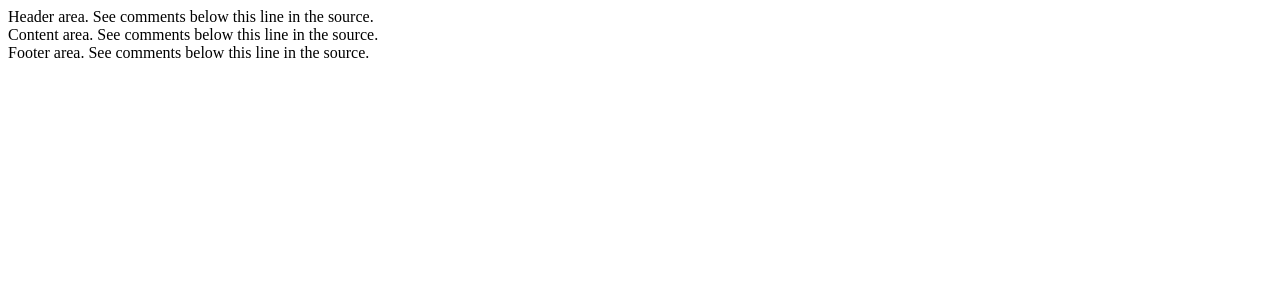
Repository: Hadamanthis/udemy-course-jsf2.2
Page: workspace/hello/WebContent/student_response.html
These files come from the project's save history. The page is drawn as it stood at one moment and after the next save; the edit follows.
The browser window is 1280 px wide. The pictures show the whole page.

Above is the page before, as saved 2018-09-12 12:40:00.

### workspace/hello/WebContent/student_response.html
<!DOCTYPE html>
<html xmlns="http://www.w3.org/1999/xhtml"
      xmlns:h="http://xmlns.jcp.org/jsf/html">
<head>
  <title><ui:insert name="title">Default title</ui:insert></title>
</head>

<body>
<ui:debug hotkey="x" rendered="#{initParam['javax.faces.FACELETS_DEVELOPMENT']}"/>

<div id="header">
    <ui:insert name="header">
    	Header area.  See comments below this line in the source.
    	<!--  include your header file or uncomment the include below and create header.xhtml in this directory -->
    	<!-- <ui:include src="header.xhtml"/> -->
    </ui:insert>
</div>


<div id="content">
  <ui:insert name="content">
    	Content area.  See comments below this line in the source.
    	<!--  include your content file or uncomment the include below and create content.xhtml in this directory -->
	  	<!-- <div> -->
    	<!-- <ui:include src="content.xhtml"/> -->
    	<!-- </div> -->
  </ui:insert>
</div>

<div id="footer">
  <ui:insert name="footer">
    	Footer area.  See comments below this line in the source.
    	<!--  include your header file or uncomment the include below and create footer.xhtml in this directory -->
		<!--<ui:include src="footer.xhtml"/>  -->
  </ui:insert>
</div>

</body>

</html>

After the next save:
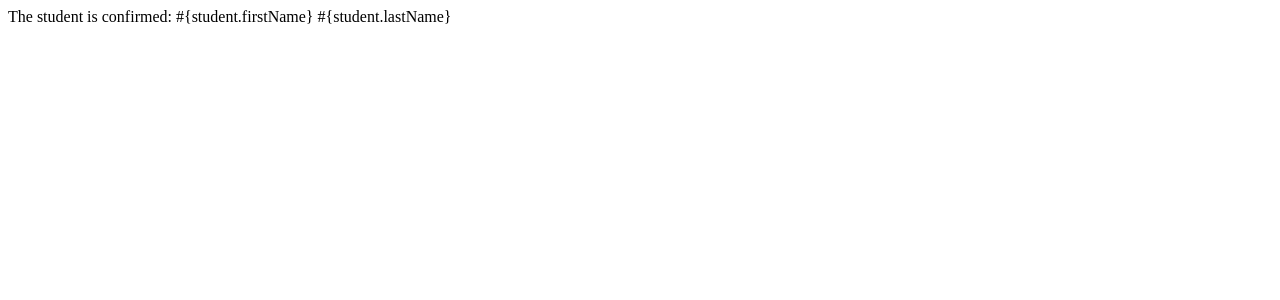
Saved 57 s later.
--- a/workspace/hello/WebContent/student_response.html
+++ b/workspace/hello/WebContent/student_response.html
@@ -1,40 +1,14 @@
 <!DOCTYPE html>
 <html xmlns="http://www.w3.org/1999/xhtml"
       xmlns:h="http://xmlns.jcp.org/jsf/html">
-<head>
-  <title><ui:insert name="title">Default title</ui:insert></title>
-</head>
 
-<body>
-<ui:debug hotkey="x" rendered="#{initParam['javax.faces.FACELETS_DEVELOPMENT']}"/>
+	<h:head>
+		<title>Student Confirmation</title>
+	</h:head>
+	<h:body>
 
-<div id="header">
-    <ui:insert name="header">
-    	Header area.  See comments below this line in the source.
-    	<!--  include your header file or uncomment the include below and create header.xhtml in this directory -->
-    	<!-- <ui:include src="header.xhtml"/> -->
-    </ui:insert>
-</div>
+		The student is confirmed: #{student.firstName} #{student.lastName}
 
-
-<div id="content">
-  <ui:insert name="content">
-    	Content area.  See comments below this line in the source.
-    	<!--  include your content file or uncomment the include below and create content.xhtml in this directory -->
-	  	<!-- <div> -->
-    	<!-- <ui:include src="content.xhtml"/> -->
-    	<!-- </div> -->
-  </ui:insert>
-</div>
-
-<div id="footer">
-  <ui:insert name="footer">
-    	Footer area.  See comments below this line in the source.
-    	<!--  include your header file or uncomment the include below and create footer.xhtml in this directory -->
-		<!--<ui:include src="footer.xhtml"/>  -->
-  </ui:insert>
-</div>
-
-</body>
+	</h:body>
 
 </html>
